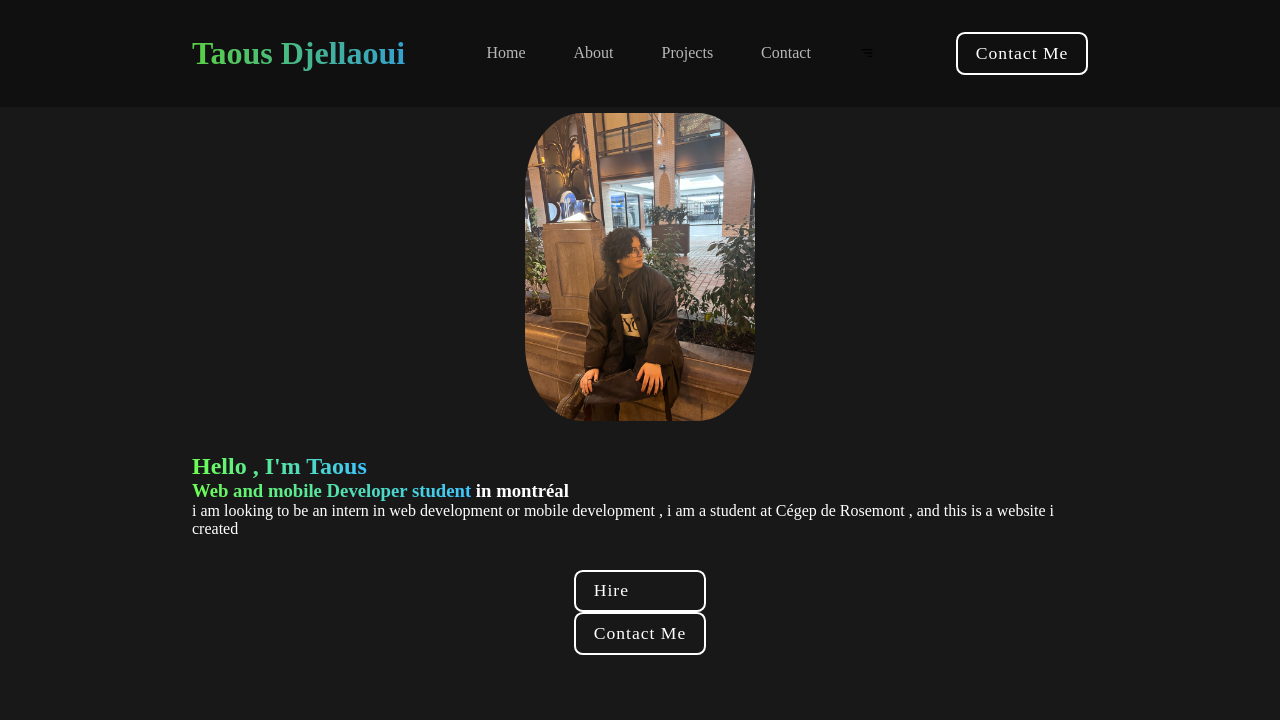
Repository: taousdjellaoui/portfolio-
Page: portfolio/index.html
The author's editor kept a copy of each file at every save. The page is drawn from the files as they stood at one save, then again after the next save.
The browser window is 1280 px wide. The pictures show the whole page.

Above is the page before, as saved 2024-09-23 21:03:08.

After the next save:
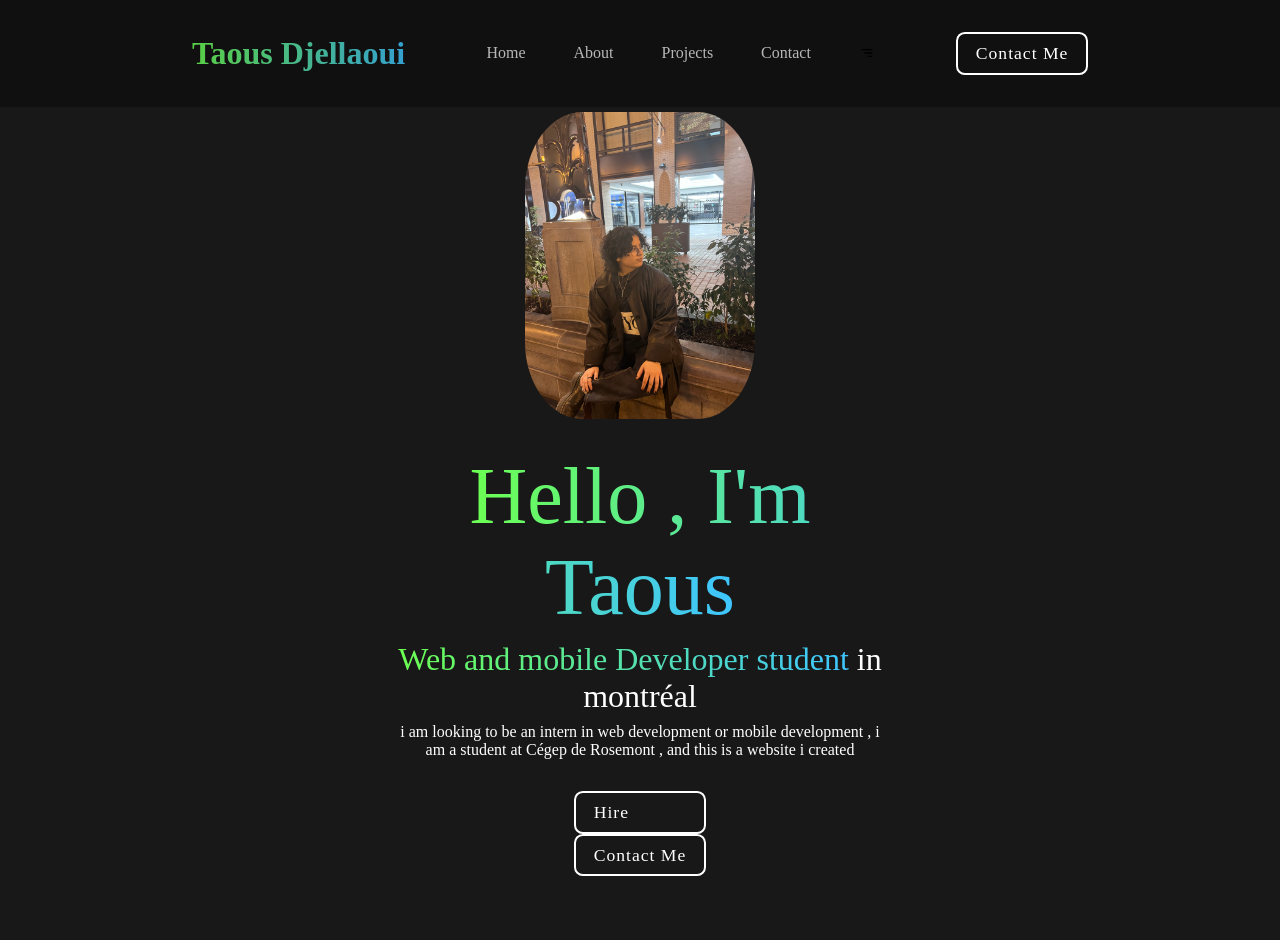
Saved 3 min 5 s later.
--- a/portfolio/style.css
+++ b/portfolio/style.css
@@ -99,3 +99,19 @@ border-radius: 25%;
 margin-top: 3em;
 
 }
+.info-box{
+  display: flex;
+  flex-direction: column;
+  text-align: center;
+  gap: 0.5em;
+  max-width: 500px;
+
+}
+.info-box h1{
+  font-size:5em;
+  font-weight: 500;
+}
+.info-box h3{
+  font-size:2em;
+  font-weight: 400;
+}
